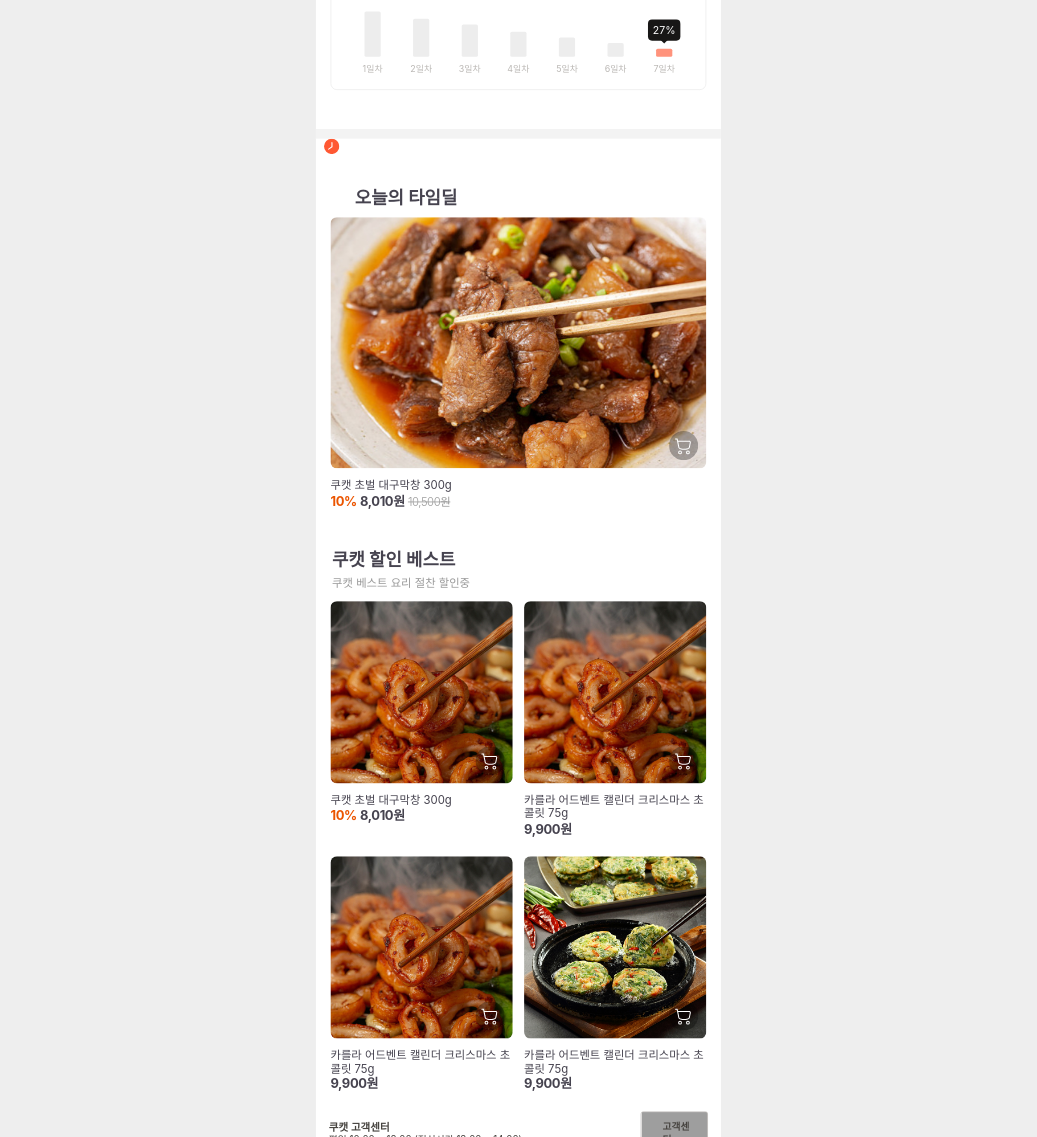
Repository: CooKat/Cookat
Page: specialPrice.html
The author's editor kept a copy of each file at every save. The page is drawn from the files as they stood at one save, then again after the next save.
The browser window is 1280 px wide. The pictures show the part of the page from y = 3594 to 4998 px (the page is 5811 px tall before and 5788 px after), at 81% of full size.
Pictures or frames that could not be fetched are drawn as grey boxes. A picture or video elsewhere on the page could not be fetched, so the positions and the page height are approximate. Some web fonts or font styles are not loaded; a fallback is used.

Above is the page before, as saved 2022-12-29 16:12:22.
Not found: js/ex1.js

After the next save:
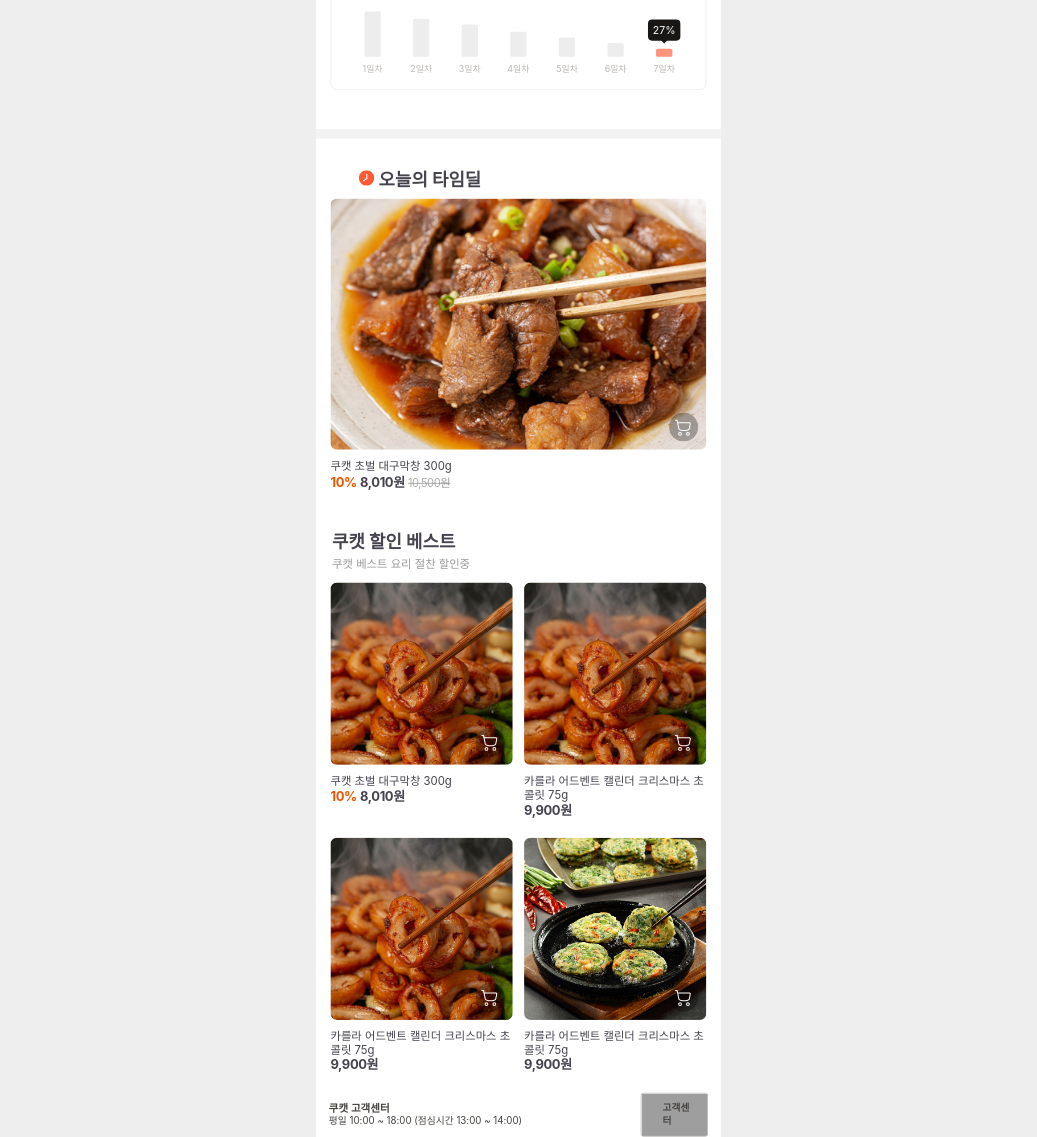
Saved 72 s later.
--- a/specialPrice.html
+++ b/specialPrice.html
@@ -312,20 +312,22 @@
           </section>
           <!-- 오늘의 타임딜 -->
           <section class="prd-list time-prd">
-            <svg
-              class="product-img"
-              width="19"
-              height="19"
-              xmlns="http://www.w3.org/2000/svg"
-            >
-              <g fill-rule="product-img">
-                <path
-                  d="M9.5 0a9.5 9.5 0 1 1 0 19 9.5 9.5 0 0 1 0-19zm.34 4.071-.123.011a.679.679 0 0 0-.556.668v5.088l-3.767 2.489-.096.076a.679.679 0 0 0 .844 1.056l4.071-2.69.105-.085a.679.679 0 0 0 .2-.48V4.75l-.011-.122a.679.679 0 0 0-.668-.557z"
-                  fill="#FF5833"
-                />
-              </g>
-            </svg>
-            <h2 class="product-title">오늘의 타임딜</h2>
+            <h2 class="product-title">
+              <svg
+                class="product-img"
+                width="19"
+                height="19"
+                xmlns="http://www.w3.org/2000/svg"
+              >
+                <g fill-rule="product-img">
+                  <path
+                    d="M9.5 0a9.5 9.5 0 1 1 0 19 9.5 9.5 0 0 1 0-19zm.34 4.071-.123.011a.679.679 0 0 0-.556.668v5.088l-3.767 2.489-.096.076a.679.679 0 0 0 .844 1.056l4.071-2.69.105-.085a.679.679 0 0 0 .2-.48V4.75l-.011-.122a.679.679 0 0 0-.668-.557z"
+                    fill="#FF5833"
+                  />
+                </g>
+              </svg>
+              오늘의 타임딜
+            </h2>
             <ul class="grid1">
               <li tabindex="0">
                 <div class="prd-thumb">
